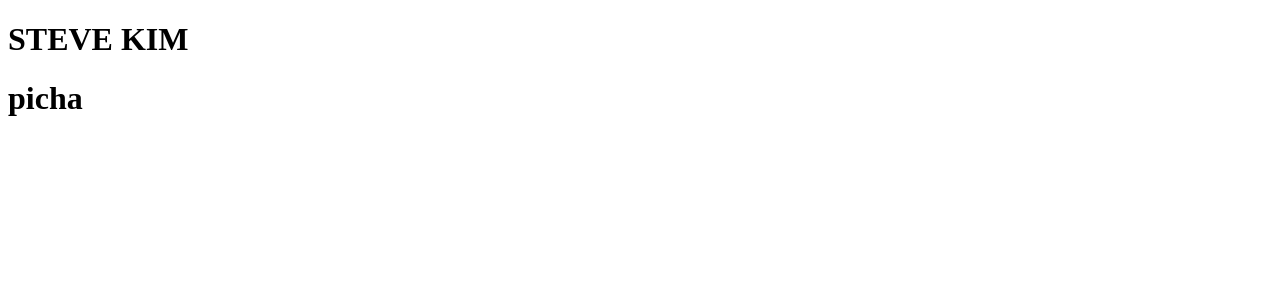
Repository: Sincriga/sincriga2
Page: index.html
The author's editor kept a copy of each file at every save. The page is drawn from the files as they stood at one save, then again after the next save.
The browser window is 1280 px wide. The pictures show the whole page.

Above is the page before, as saved 2024-02-24 12:02:21.

After the next save:
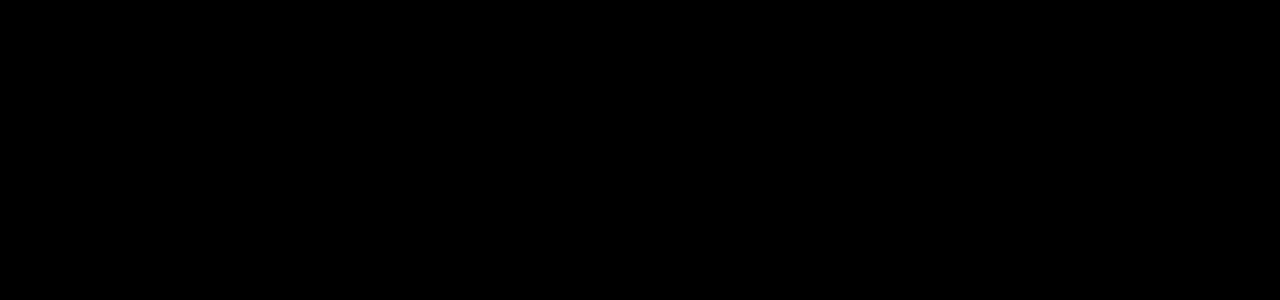
Saved 94 s later.
--- a/index.html
+++ b/index.html
@@ -5,6 +5,7 @@
     <meta charset="UTF-8">
     <meta name="viewport" content="width=device-width, initial-scale=1.0">
     <title>STEVEN</title>
+    <link rel="stylesheet" href="styles.css">
 </head>
 
 <body>

After the save that followed:
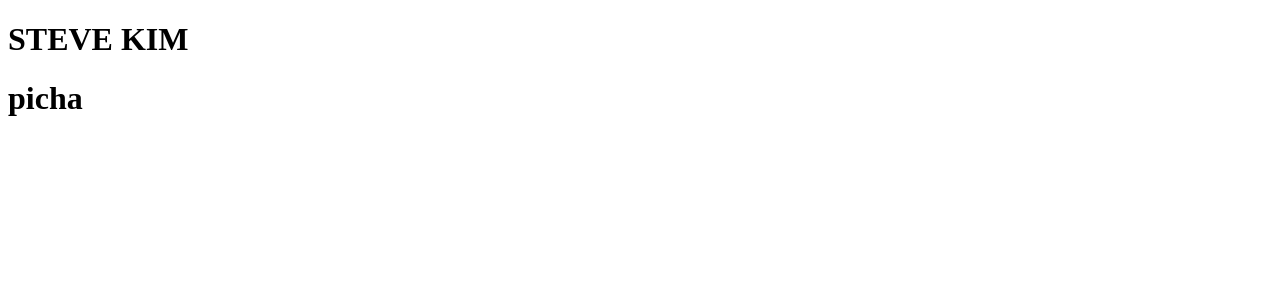
Saved 32 s later.
--- a/styles.css
+++ b/styles.css
@@ -1,5 +1,5 @@
 body{
-    background-color: black;
+    background-color: white;
 
 }
 #hero_section(
